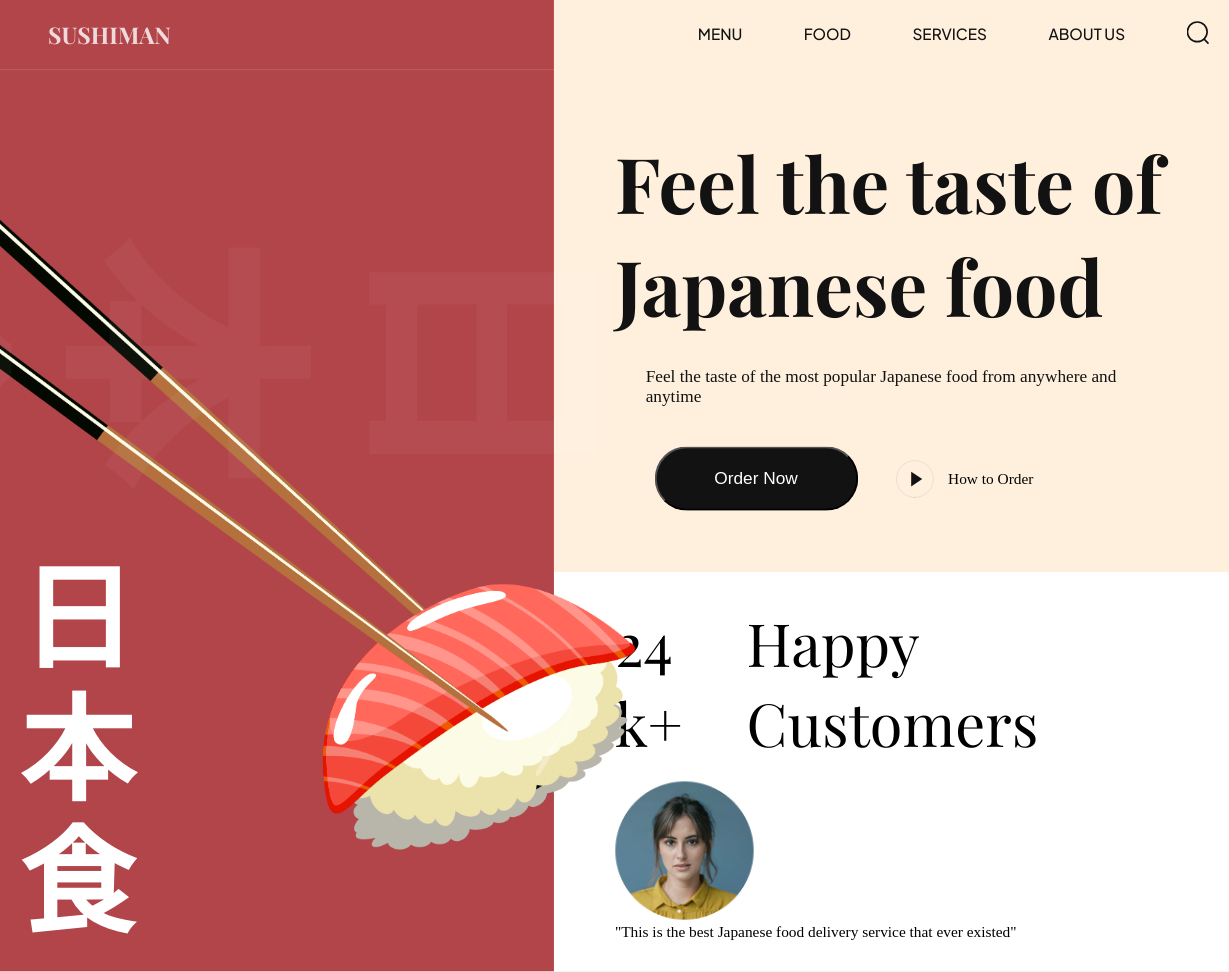
Repository: echoyol/sushiWebsite
Page: index.html
These files come from the project's save history. The page is drawn as it stood at one moment and after the next save; the edit follows.
The browser window is 1280 px wide. The pictures show the whole page, at 96% of full size.

Above is the page before, as saved 2023-06-02 07:28:49.

### index.html
<!DOCTYPE html>
<html lang="en">
  <head>
    <meta charset="UTF-8" />
    <meta
      http-equiv="X-UA-Compatible"
      content="IE=edge"
    />
    <meta
      name="viewport"
      content="width=device-width, initial-scale=1.0"
    />
    <link
      rel="icon"
      type="image/png"
      href="/public/sushi.png"
    />
    <link
      rel="stylesheet"
      href="/css/style.css"
    />
    <title>Sushiman</title>
  </head>
  <body>
    <header>
      <nav class="header_nav">
        <div class="header__logo">
          <h4>Sushiman</h4>
          <div class="header__logo-overlay"></div>
        </div>
        <ul class="header__menu">
          <li>
            <a href="#menu">Menu</a>
          </li>
          <li>
            <a href="#food">Food</a>
          </li>
          <li>
            <a href="#services">Services</a>
          </li>
          <li>
            <a href="#about-us">About Us</a>
          </li>
          <li>
            <img
              src="assets/search.svg"
              alt="search"
            />
          </li>
        </ul>
        <ul class="header__menu-mobile">
          <li>
            <img
              src="assets/menu.svg"
              alt="menu"
            />
          </li>
        </ul>
      </nav>
    </header>

    <section class="hero">
      <div class="hero-image">
        <img
          src="assets/sushi-1.png"
          alt="sushi"
        />
        <h2>
          日<br />
          本<br />
          食
        </h2>

        <div class="hero-image__overlay"></div>
      </div>

      <div class="hero-content">
        <div class="hero-content-info">
          <h1>Feel the taste of Japanese food</h1>
          <p>
            Feel the taste of the most popular Japanese food from anywhere and
            anytime
          </p>

          <div class="hero-content__buttons">
            <button class="hero-content__order-button">Order Now</button>
            <button class="hero-content__play-button">
              <img
                src="assets/play-circle.svg"
                alt="play"
              />
              How to Order
            </button>
          </div>
        </div>
        <div class="hero-content__testimonial">
          <div class="hero-content__customer flex-center">
            <h4>24 <span>k+</span></h4>
            <p>Happy Customers</p>
          </div>

          <div class="hero-content__review">
            <img
              src="assets/user.png"
              alt="user"
            />
            <p>
              "This is the best Japanese food delivery service that ever
              existed"
            </p>
          </div>
        </div>
      </div>
    </section>
    <script
      src="js/script.js"
      type="module"
    ></script>
  </body>
</html>

### css/style.css
@import url('https://fonts.googleapis.com/css2?family=Playfair+Display:wght@400;500;600;700;800;900&display=swap');
@import url('https://fonts.googleapis.com/css2?family=Plus+Jakarta+Sans:wght@200;300;400;500;600;700;800&display=swap');

/* other css file imports */
@import url('sections/header.css');
@import url('sections/hero.css');
@import url('sections/about.css');
@import url('sections/popular.css');
@import url('sections/trending.css');
@import url('sections/subscribe.css');
@import url('sections/footer.css');

/* CSS variables for reusablity across all files (including above imported) */
:root {
  --playfair-display: 'Playfair Display', serif;
  --plus-jakarta-sans: 'Plus Jakarta Sans', sans-serif;

  --primary-color: #b1454a;
  --secondary-color: #121212;

  --black-200: #020202;
  --black-300: #333333;
  --black-400: #1f1e31;
  --black-500: #555555;
  --gray-100: #888888;

  --color-white: #fff;
  --color-creamson: #fff0de;
}

* {
  margin: 0;
  padding: 0;
  box-sizing: border-box;
  scroll-behavior: smooth;
}

body {
  max-width: 1280px;
  margin: 0 auto;
  background-color: var(--color-creamson);
}

a {
  text-decoration: none;
  color: inherit;
}

.flex-center {
  display: flex;
  justify-content: center;
  align-items: center;
}

.flex-between {
  display: flex;
  justify-content: space-between;
  align-items: center;
}

.sushi__subtitle {
  font-size: 18px;
  font-weight: 400;
  font-family: var(--plus-jakarta-sans);

  color: var(--primary-color);
  opacity: 0.8;

  letter-spacing: -0.01em;
}

.sushi__title {
  font-size: 64px;
  font-weight: 600;
  font-family: var(--playfair-display);

  color: var(--secondary-color);

  margin-top: 16px;
}

.sushi__description {
  font-size: 18px;
  font-weight: 400;
  font-family: var(--plus-jakarta-sans);

  line-height: 36px;
  letter-spacing: -0.01em;

  color: var(--secondary-color);
  opacity: 0.8;

  margin: 32px 0px;
}

/* Hide scrollbar for Chrome, Safari and Opera */
.sushi__hide-scrollbar::-webkit-scrollbar {
  display: none;
}

/* Hide scrollbar for IE, Edge and Firefox */
.sushi__hide-scrollbar {
  -ms-overflow-style: none; /* IE and Edge */
  scrollbar-width: none; /* Firefox */
}

/* START: about us media queries */
@media screen and (max-width: 1024px) {
  .about-us {
    flex-direction: column;
  }

  .about-us__image {
    flex-direction: row;
  }

  .about-us__image-sushi3 {
    border-bottom: none;
    border-right: 8px solid var(--color-creamson);
  }

  .about-us__button {
    display: none;
  }
}

@media screen and (max-width: 750px) {
  .about-us__image {
    flex-direction: column;
  }

  .about-us__image-sushi3 {
    border-bottom: 8px solid var(--color-creamson);
    border-right: none;
  }

  .about-us__button {
    display: block;
    top: 47%;
  }
}

@media screen and (max-width: 550px) {
  .about-us__image-sushi2 img,
  .about-us__image-sushi3 img {
    width: 50%;
    height: 160px;

    object-fit: contain;
  }

  .about-us__image div {
    padding: 32px;
  }

  .about-us__button {
    top: 44%;
  }

  .about-us__content {
    padding: 32px;
  }
}
/* END: about us media queries */

/* START: header media querie */
@media screen and (max-width: 900px) {
  .header__nav {
    background: var(--primary-color);
  }

  .header__menu {
    display: none;
  }

  .header__menu-mobile {
    display: flex;
  }
}

@media screen and (max-width: 550px) {
  .header__logo {
    padding-left: 0;
  }
}
/* END: header media queries */

/* START: hero media queries */
@media screen and (max-width: 1060px) {
  .hero {
    flex-direction: column;
  }

  .hero-image img {
    width: 100%;

    transform: matrix(1, 0.05, 0, 1.25, 0, 0) !important;
  }
}

@media screen and (max-width: 750px) {
  .hero-image h2 {
    font-size: 70px;
    line-height: 90px;
  }
}

@media screen and (max-width: 550px) {
  .hero-image h2 {
    font-size: 40px;
    line-height: 60px;
  }

  .hero-content-info {
    padding: 32px;
  }

  .hero-content-info h1 {
    font-size: 60px;
  }

  .hero-content-info p {
    margin: 32px 0;
  }

  .hero-content__buttons {
    margin: 41px 0;
  }

  .hero-content__testimonial {
    padding: 32px;
  }
}
/* END: hero media queries */

/* START: popular media queries */
@media screen and (max-width: 550px) {
  .popular-foods {
    padding: 64px 32px;
  }

  .popular-foods__card,
  .popular-foods__card.active-card {
    min-width: 100%;
  }
}
/* END: popular media queries */

/* START: subscribe media queries */
@media screen and (max-width: 550px) {
  .subscription {
    padding: 64px 32px;
  }

  .subscription h2 {
    font-size: 68px;
    line-height: 100px;
  }

  .subscription__form {
    flex-direction: column;
    gap: 20px;

    min-width: 100%;
    border-radius: 20px;
    padding: 0;

    border: none;
  }

  .subscription__form input {
    min-height: 50px;

    border: 1px solid rgba(255, 255, 255, 0.5);
    padding: 10px 20px;
    border-radius: 30px;
  }

  .subscription__form button {
    min-width: 100%;
  }
}
/* END: subscribe media queries */

/* START: trending media queries */
@media screen and (max-width: 1024px) {
  .trending-sushi {
    flex-direction: column;
  }

  .trending-drink {
    flex-direction: column-reverse;
  }

  .trending__image {
    width: 100%;
    background-size: cover;
  }

  .trending__discover {
    display: none;
  }

  .trending__arrow {
    display: none;
  }
}

@media screen and (max-width: 550px) {
  .trending__image img {
    width: 70%;
    height: 70%;
  }

  .trending__content {
    padding: 32px;
  }
}
/* END: trending media queries */

### js/script.js
// import AOS from 'aos'
// import 'aos/dist/aos.css'

// // init AOS animation
// AOS.init({
//   duration: 1000,
//   offset: 100,
// })

### css/sections/header.css
.header_nav {
  display: flex;
  overflow: hidden;
}

.header__logo {
  flex: 1;
  display: flex;
  position: relative;
  padding: 20px;
}

.header__logo-overlay {
  position: absolute;
  inset: 0;
  width: 100%;
  background-color: var(--primary-color);
  z-index: -1;
}

.header__logo h4 {
  padding-left: 30px;
  font-weight: 700;
  font-size: 24px;
  text-transform: uppercase;
  font-family: var(--playfair-display);
  color: #fff;
  opacity: 0.8;
}

.header__menu,
.header__menu-mobile {
  padding: 20px;
  flex: 1.236;
  display: flex;
  align-items: center;
  justify-content: flex-end;
  gap: 64px;

  list-style: none;
}

.header__menu li {
  font-weight: 500;
  font-family: var(--plus-jakarta-sans);
  color: var(--secondary-color);
  font-size: 16px;
  text-transform: uppercase;
  line-height: 20px;
  cursor: pointer;
}

.header__menu li img {
  width: 24px;
  height: 24px;
  object-fit: contain;
}

.header__menu-mobile {
  display: none;
  gap: 20px;
  position: relative;
}

### css/sections/hero.css
.hero {
  display: flex;
  min-height: calc(100vh-74px);
  overflow: hidden;
}

.hero-image {
  flex: 1;
  display: flex;
  flex-direction: column;
  position: relative;
  z-index: 5;
}

.hero-image img {
  width: 120%;
  height: 100%;
  object-fit: contain;
}

.hero-image__overlay {
  position: absolute;
  inset: 0;
  width: 100%;
  background-color: var(--primary-color);
  z-index: -1;
}

.hero-image h2 {
  position: absolute;
  bottom: 0;
  padding: 20px;
  font-family: var(--playfair-diaplay);
  font-weight: 700;
  font-size: 120px;
  line-height: 138px;
  color: #fff;
}

.hero-content {
  flex: 1.22;
  display: flex;
  justify-content: space-between;
  flex-direction: column;
}

.hero-content-info {
  padding: 64px;
  flex: 1;
  display: flex;
  justify-content: center;
  flex-direction: column;
}

.hero-content-info h1 {
  font-size: 80px;
  font-weight: 600px;
  font-family: var(--playfair-display);
  color: var(--secondary-color);
}

.hero-content-info p {
  margin: 32px 0 0 32px;
  font-family: var(--plus-jakarta-sana);
  color: var(--secondary-color);
  font-size: 18px;
  font-weight: 400;
}

.hero-content__buttons {
  margin: 41px 0 0 41px;
  display: flex;
  flex-wrap: wrap;
  gap: 36px;
}

.hero-content__order-button {
  padding: 20px;
  border-radius: 36px;
  min-width: 212px;
  outline: none;
  background-color: var(--secondary-color);
  cursor: pointer;
  color: #fff;
  font-weight: 500;
  font-size: 18px;
  line-height: 23px;
}

.hero-content__play-button {
  border: none;
  outline: none;
  background: transparent;

  display: flex;
  align-items: center;

  font-size: 16px;
  line-height: 19px;
  color: var(--black-200);
  font-family: var(--plus-jakarta-sana);

  cursor: pointer;
}

.hero-content__play-button img {
  margin-right: 12px;

  width: 46px;
  height: 46px;
  object-fit: contain;
}

.hero-content__testimonial {
  padding: 32px 64px;

  display: flex;
  flex-wrap: wrap;
  gap: 20px;

  background: var(--color-white);
}

.hero-content__customer {
  flex: 1;
  gap: 10px;
}

.hero-content__customer h4 {
  font-size: 62px;
  font-weight: 400;
  font-family: var(--playfair-display);
}

.hero-content__customer p {
  font-size: 62px;
  font-weight: 400;
  font-family: var(--playfair-display);
}

Loaded but not shown: css/sections/about.css (no stored copy; drawn as an empty file); css/sections/popular.css (no stored copy; drawn as an empty file); css/sections/trending.css (no stored copy; drawn as an empty file); css/sections/subscribe.css (no stored copy; drawn as an empty file); css/sections/footer.css (no stored copy; drawn as an empty file)

After the next save:
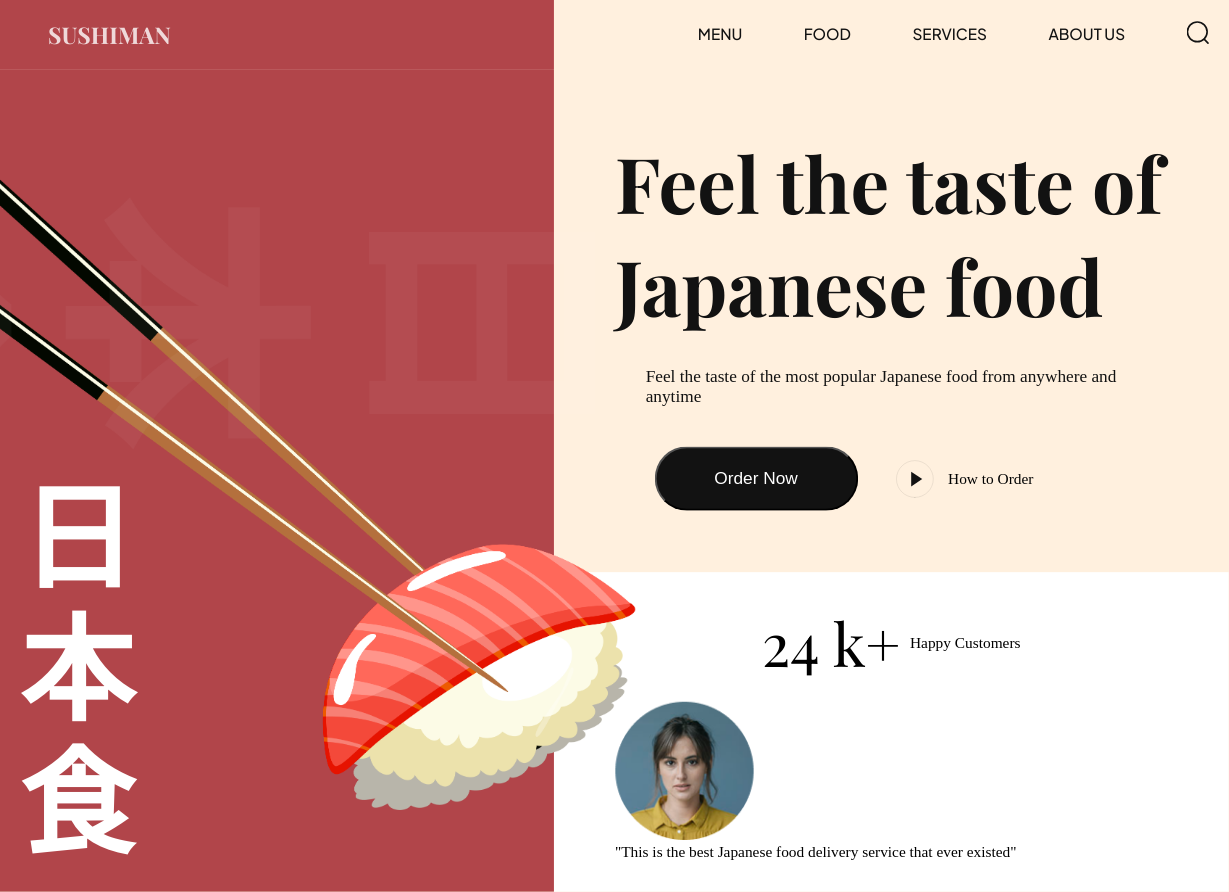
Saved 86 s later.
--- a/css/sections/hero.css
+++ b/css/sections/hero.css
@@ -133,7 +133,7 @@
 }
 
 .hero-content__customer p {
-  font-size: 62px;
+  font-size: 16px;
   font-weight: 400;
-  font-family: var(--playfair-display);
+  font-family: var(--plus-jakarta-sana);
 }
